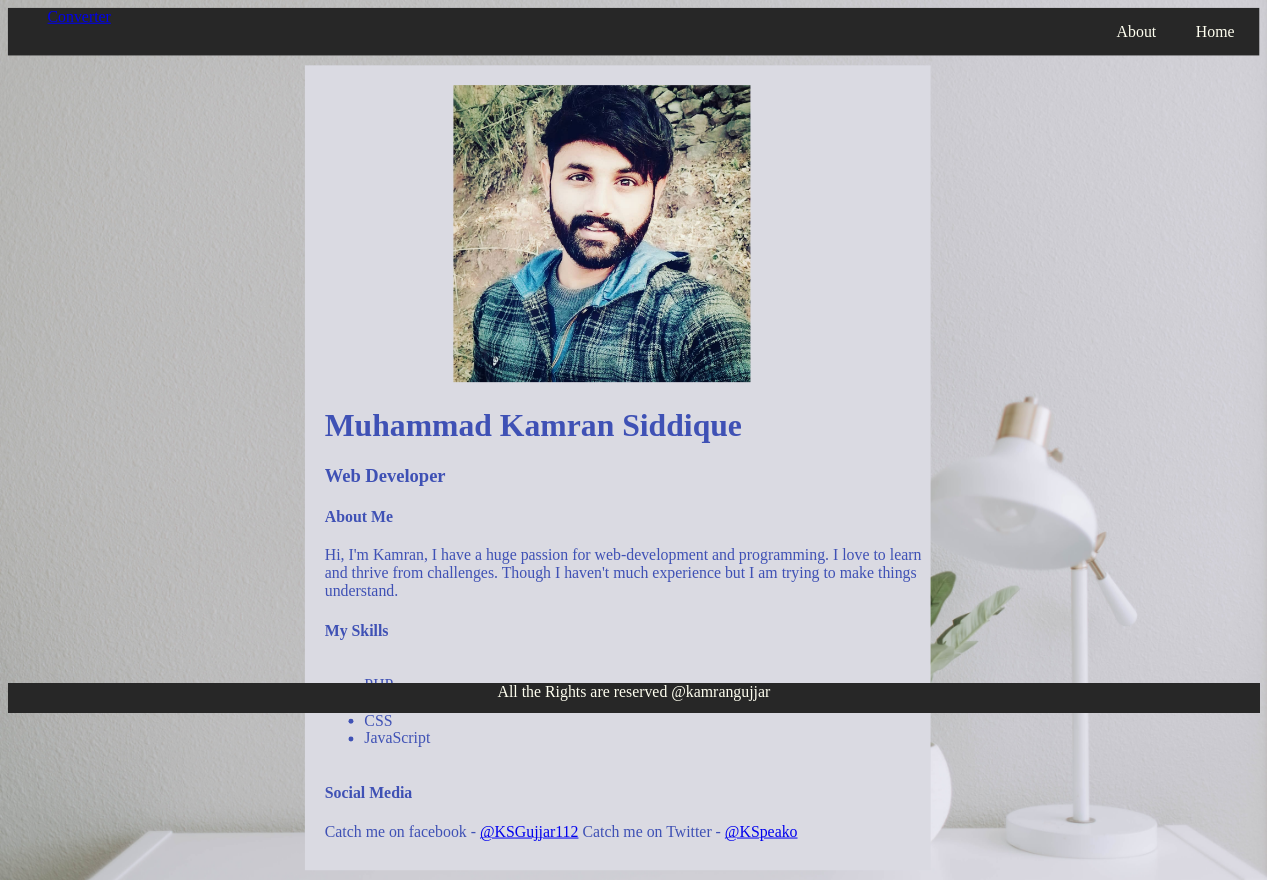
Repository: Kamrangujjar85112/Length-Converter
Page: html/about.html
An editor plug-in stored every save of this project. The page is shown before and after the next save, followed by the edit.
The browser window is 1280 px wide. The pictures show the whole page, at 99% of full size.
Backgrounds fixed to the window are drawn as part of the page.

Above is the page before, as saved 2022-01-28 15:41:25.

After the next save:
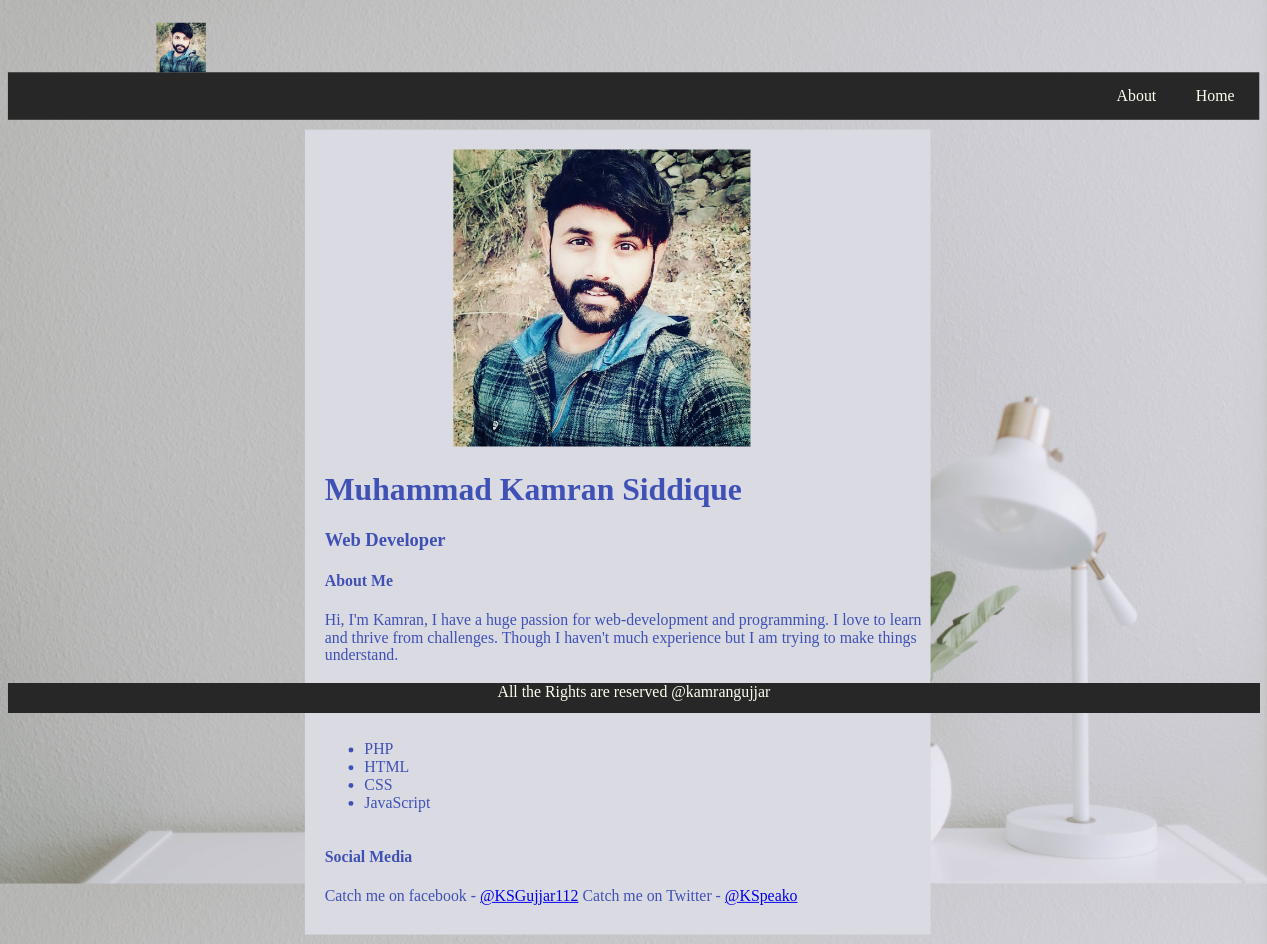
Saved 83 s later.
--- a/html/about.html
+++ b/html/about.html
@@ -14,8 +14,8 @@
         <!-- navbar -->
         <div class="header">
             <nav>
+                <img class="logo" src="/css/dp.jpg" alt="">
                 <ul class="nav-ul">
-                    <a class="nav-name" href="home.html">Converter</a>
                     <li class="nav-li"><a href="home.html">Home</a></li>
                     <li class="nav-li"><a href="about.html">About</a></li>
                 </ul>
